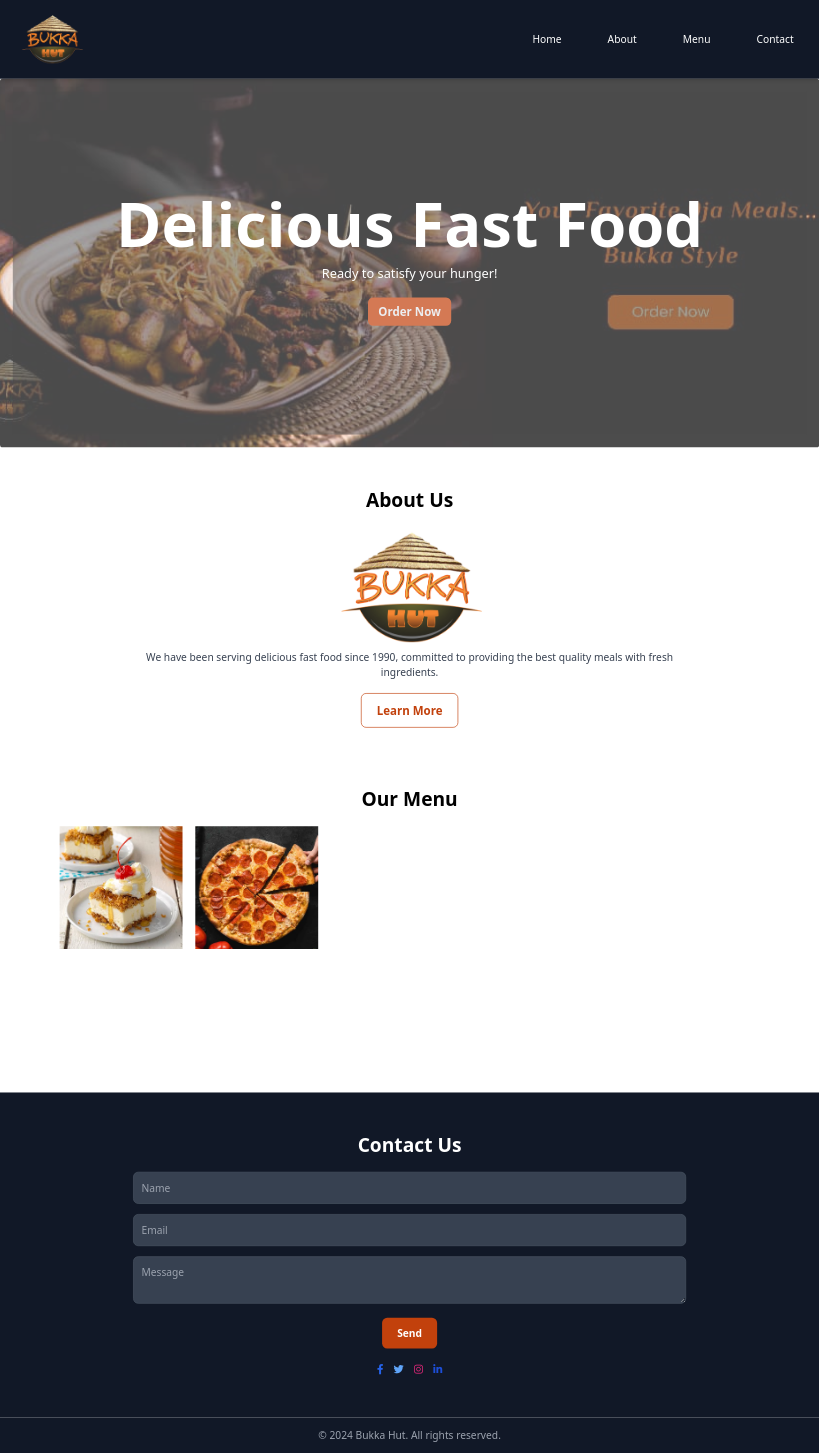
Repository: countaustin1990/BUKKAHUT
Page: INDEX.HTML
An editor plug-in stored every save of this project. The page is shown before and after the next save, followed by the edit.
The browser window is 1280 px wide. The pictures show the whole page, at 64% of full size.
Some web libraries are served in a nearby version.

Above is the page before, as saved 2024-08-24 15:29:28.
Console error: TypeError: Cannot read properties of null (reading 'addEventListener')

### INDEX.HTML
<!DOCTYPE html>
<html lang="en">
<head>
    <meta charset="UTF-8">
    <meta name="viewport" content="width=device-width, initial-scale=1.0">
    <title>Fast Food Restaurant</title>
    <link rel="stylesheet" href="style.css"/>
    <script src="https://cdn.tailwindcss.com"></script>
    <link rel="stylesheet" href="https://cdnjs.cloudflare.com/ajax/libs/font-awesome/6.0.0-beta3/css/all.min.css">
        <style>
        @keyframes scroll {
            0% {
                transform: translateX(0);
            }
            100% {
                transform: translateX(-100%);
            }
        }

        .animate-scroll {
            display: inline-flex;
            animation: scroll 10s linear infinite;
        }
    </style>
</head>
<body class="font-sans antialiased">
      <!-- Back to Top Button -->
    <button id="backToTop" class="fixed bottom-8 right-8 text-bold bg-orange-700 text-gray-800 p-4 rounded-full shadow-lg hover:bg-orange-600 transition-transform transform hover:scale-110 mb-3">
        <svg xmlns="http://www.w3.org/2000/svg" class="h-6 w-6 text-gray-800 mx-auto" fill="none" viewBox="0 0 24 24" stroke="currentColor" stroke-width="2">
            <path stroke-linecap="round" stroke-linejoin="round" d="M5 10l7-7m0 0l7 7m-7-7v18" />
        </svg> <!-- Upward arrow character -->
    </button>


    <!-- Navigation -->
  <nav class="shadow-md bg-gray-900">
    <div class="container mx-auto px-4 py-2 flex items-center justify-between">
      <div class="text-2xl font-bold text-blue-600">
        <a href="#" class="flex flex-col lg:flex-row items-center lg:space-x-8 p-4">
          <img src="Logo-r.png" alt="Bukka Hut" width="100">
          </a>
      </div>
      <div class="hidden md:flex space-x-6">
        <a href="#" class="text-white hover:bg-orange-600 py-4 px-6 rounded-lg ">Home</a>
        <a href="#" class="text-white hover:bg-orange-600 py-4 px-6 rounded-lg ">About</a>
        <a href="#" class="text-white hover:bg-orange-600 py-4 px-6 rounded-lg ">Menu</a>
        <a href="#" class="text-white hover:bg-orange-600 py-4 px-6 rounded-lg ">Contact</a>
      </div>
      <div class="md:hidden">
        <button id="menu-button" class="text-white focus:outline-none">
          <svg xmlns="http://www.w3.org/2000/svg" fill="none" viewBox="0 0 24 24" stroke="currentColor" class="w-6 h-6">
            <path stroke-linecap="round" stroke-linejoin="round" stroke-width="2" d="M4 6h16M4 12h16M4 18h16" />
          </svg>
        </button>
      </div>
    </div>

    <!-- Mobile Menu -->
    <div id="mobile-menu" class="hidden md:hidden bg-gray-900 shadow-md">
      <a href="#" class="block px-4 py-2 text-white hover:bg-orange-600">Home</a>
      <a href="#" class="block px-4 py-2 text-white hover:bg-orange-600">About</a>
      <a href="#" class="block px-4 py-2 text-white hover:bg-orange-600">Menu</a>
      <a href="#" class="block px-4 py-2 text-white hover:bg-orange-600">Contact</a>
    </div>
  </nav>
    <!-- Hero Section -->
    <header id="home" class="bg-cover bg-center h-full p-5 rounded opacity-70 bg-blue-850 mt5" style="background-image: url('Hero.jpg');">
        <div class="flex flex-col items-center justify-center h-full bg-black bg-opacity-50 text-center text-white w-full">
            <h1 class="text-8xl font-bold mb-4">Delicious Fast Food</h1>
            <p class="text-xl mb-6">Ready to satisfy your hunger!</p>
            <a href="#order" class="bg-orange-700 hover:bg-orange-600 text-gray-200 font-semibold py-2 px-4 rounded-lg text-lg mb-3">Order Now</a>
        </div>
    </header>


        <!-- About Us Section -->
    <section id="about" class="py-16 bg-white">
      <div class="max-w-4xl mx-auto text-center px-4">
        <h2 class="text-3xl font-bold mb-6">About Us</h2>
        <img src="Logo.png" alt="Logo" class="inline-block h-48 mx-2">
        <p class="text-gray-700 mb-5">We have been serving delicious fast food since 1990, committed to providing the best quality meals with fresh ingredients.</p>
        <button class="py-3 px-6 rounded-lg border border-orange-700 text-orange-700 hover:bg-orange-600 hover:text-white rounded font-semibold text-lg">
  Learn More
</button>
      </div>
    </section>
                <!-- Repeat similar structure for other menu items
            </div>
            </section>
            <div class="overflow-x-auto whitespace-nowrap py-4 px-6 bg-white mt-5 container">
              <h2 class="text-3xl text-center font-bold mb-6">Our Menu</h2>
              <div--- class="animate-scroll">
                <a href="Menu.html">
                <img src="burger.jpg" alt="Burger" class="inline-block h-48 mx-2">
                <img src="fries.jpg" alt="Fries" class="inline-block h-48 mx-2">
                <img src="drink.jpg" alt="Drink" class="inline-block h-48 mx-2">
                <img src="dessert.jpg" alt="Dessert" class="inline-block h-48 mx-2">
                <img src="pizza.jpg" alt="Pizza" class="inline-block h-48 mx-2">
                </a>
                 Repeat images as needed to fill the scroll area

            </div--->



<section class="flex justify-center items-center min-h-screen p-5">
  <div class="overflow-x-auto whitespace-nowrap py-4 px-6 bg-white mt-5 container mx-auto">
    <h2 class="text-3xl text-center font-bold mb-6">Our Menu</h2>
    <div class="animate-scroll">
      <a href="Menu.html">
        <img src="burger.jpg" alt="Burger" class="inline-block h-48 mx-2">
        <img src="fries.jpg" alt="Fries" class="inline-block h-48 mx-2">
        <img src="drink.jpg" alt="Drink" class="inline-block h-48 mx-2">
        <img src="dessert.jpg" alt="Dessert" class="inline-block h-48 mx-2">
        <img src="pizza.jpg" alt="Pizza" class="inline-block h-48 mx-2">
      </a>
      <!-- Repeat images as needed to fill the scroll area -->
    </div>
  </div>
</section>



    <!-- Contact Section -->
    <section id="contact" class="py-16 bg-gray-900 text-white">
        <div class="max-w-4xl mx-auto text-center px-4">
            <h2 class="text-3xl font-bold mb-6">Contact Us</h2>
            <form class="space-y-4">
                <input type="text" placeholder="Name" required class="w-full p-3 rounded-lg bg-gray-700 border border-gray-600 focus:outline-none focus:ring-2 focus:ring-yellow-500">
                <input type="email" placeholder="Email" required class="w-full p-3 rounded-lg bg-gray-700 border border-gray-600 focus:outline-none focus:ring-2 focus:ring-yellow-500">
                <textarea placeholder="Message" required class="w-full p-3 rounded-lg bg-gray-700 border border-gray-600 focus:outline-none focus:ring-2 focus:ring-yellow-500"></textarea>
                <button type="submit" class="bg-orange-700 hover:bg-orange-600 text-white py-3 px-6 rounded-lg font-semibold">Send</button>
            </form>
        </div>
        <div class="flex justify-center space-x-4 mt-5 font-bold">
  <a href="https://facebook.com" class="text-blue-600 hover:text-blue-800">
    <i class="fab fa-facebook-f text-2x1"></i>
  </a>
  <a href="https://twitter.com" class="text-blue-400 hover:text-blue-600">
    <i class="fab fa-twitter text-2x1"></i>
  </a>
  <a href="https://instagram.com" class="text-pink-600 hover:text-pink-800">
    <i class="fab fa-instagram text-2x1"></i>
  </a>
  <a href="https://linkedin.com" class="text-blue-700 hover:text-blue-900">
    <i class="fab fa-linkedin-in text-2x1"></i>
  </a>
</div>
    </section>

    <!-- Footer -->
    <footer class="bg-gray-900 text-center text-gray-400 py-4">
        <p>&copy; 2024 Bukka Hut. All rights reserved.</p>
    </footer>

 <script src="main.js"></script>
</body>
</html>

### style.css
/*CSS*/

#backToTop {
  z-index: 1000;
}

#home {
    height: 80svh;
}

#about {
    height: 40svh;
}

### main.js
const menuButton = document.getElementById('menu-button');
const mobileMenu = document.getElementById('mobile-menu');

menuButton.addEventListener('click', () => {
  mobileMenu.classList.toggle('hidden');
});

// Animate the scroll
const scrollContainer = document.querySelector('.animate-scroll');

function startScrolling() {
  const width = scrollContainer.scrollWidth;
  scrollContainer.style.animation = `scroll ${width / 100}s linear infinite`;
}

// Start the scroll animation once the DOM is fully loaded
window.addEventListener('load', startScrolling);

document.addEventListener("DOMContentLoaded", function() {
  function toggleText(buttonId, textId) {
    const button = document.getElementById(buttonId);
    const text = document.getElementById(textId);
    button.addEventListener("click", function(event) {
      event.preventDefault();
      if (text.classList.contains("hidden")) {
        text.classList.remove("hidden");
        button.textContent = "Read Less";
      } else {
        text.classList.add("hidden");
        button.textContent = "Read More";
      }
    });
  }

  toggleText("toggleButton4", "moreText4");
  toggleText("toggleButton1", "moreText1");
  toggleText("toggleButton2", "moreText2");
  toggleText("toggleButton3", "moreText3");
});


// JavaScript to handle "Back to Top" button visibility and functionality
const backToTopButton = document.getElementById('backToTop');

// Show button when scrolled down 100px from the top
window.addEventListener('scroll', () => {
  if (window.scrollY > 100) {
    backToTopButton.classList.remove('hidden');
  } else {
    backToTopButton.classList.add('hidden');
  }
});

// Smooth scroll to top when button is clicked
backToTopButton.addEventListener('click', () => {
  window.scrollTo({
    top: 0,
    behavior: 'smooth'
  });
});

After the next save:
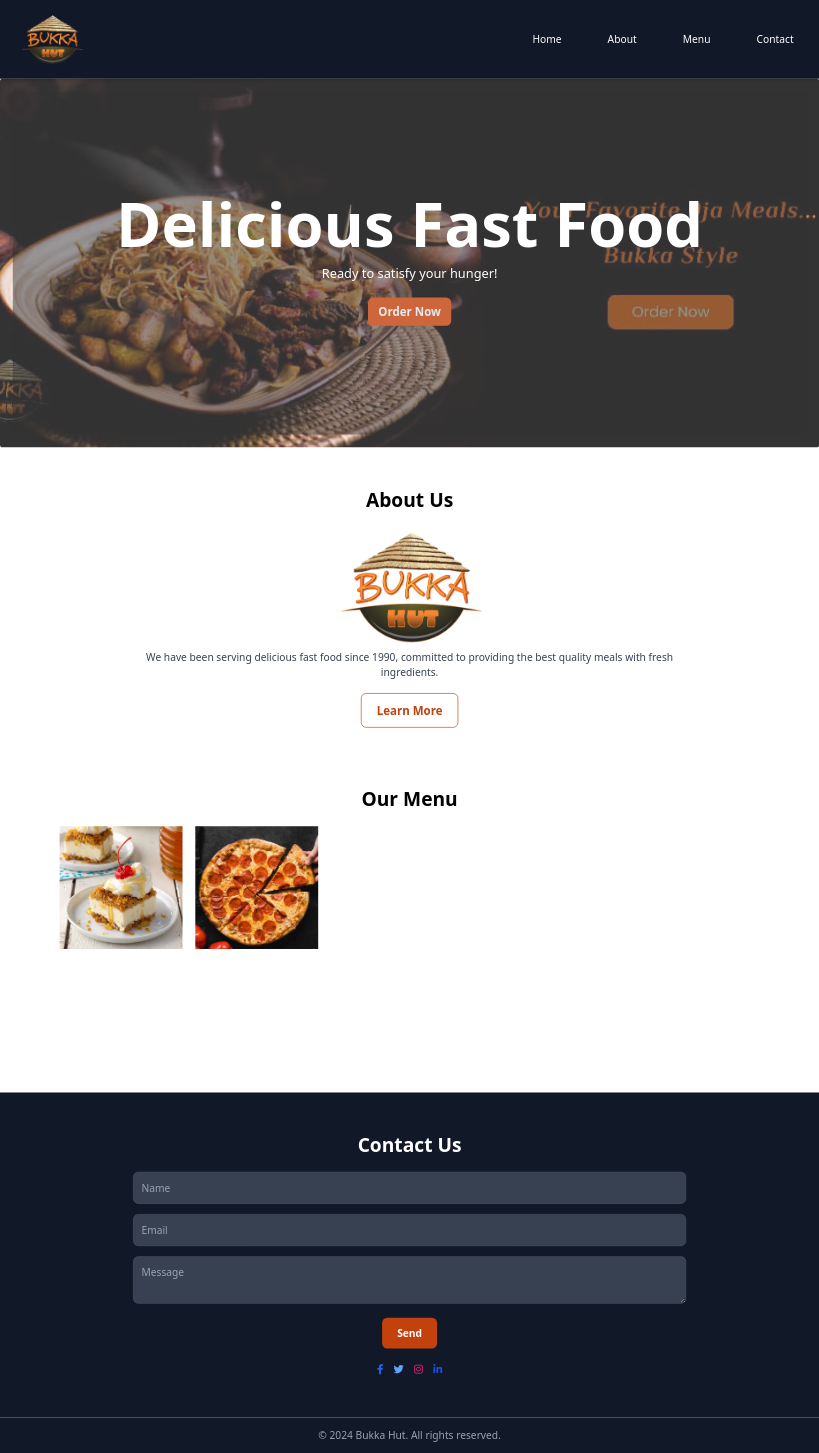
Saved 28 s later.
--- a/INDEX.HTML
+++ b/INDEX.HTML
@@ -64,7 +64,7 @@
     </div>
   </nav>
     <!-- Hero Section -->
-    <header id="home" class="bg-cover bg-center h-full p-5 rounded opacity-70 bg-blue-850 mt5" style="background-image: url('Hero.jpg');">
+    <header id="home" class="bg-cover bg-center h-full p-5 rounded opacity-80 bg-blue-800 mt5" style="background-image: url('Hero.jpg');">
         <div class="flex flex-col items-center justify-center h-full bg-black bg-opacity-50 text-center text-white w-full">
             <h1 class="text-8xl font-bold mb-4">Delicious Fast Food</h1>
             <p class="text-xl mb-6">Ready to satisfy your hunger!</p>
